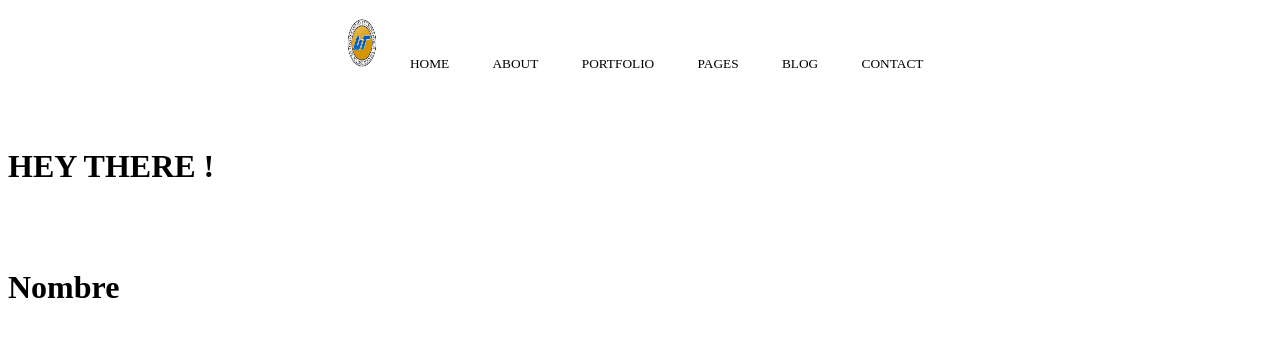
Repository: Armandoyerek11/proyectou1
Page: index.html
The author's editor kept a copy of each file at every save. The page is drawn from the files as they stood at one save, then again after the next save.
The browser window is 1280 px wide. The pictures show the whole page.

Above is the page before, as saved 2022-05-30 13:30:50.

After the next save:
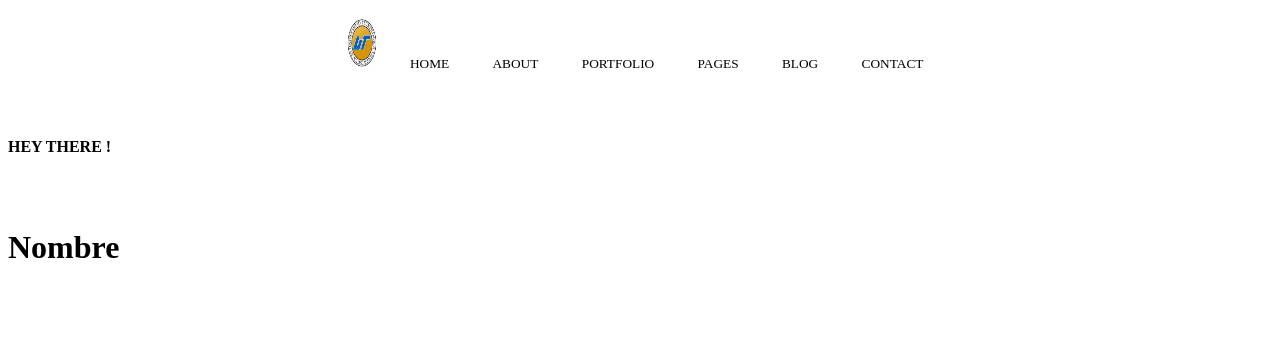
Saved 40 s later.
--- a/style.css
+++ b/style.css
@@ -18,6 +18,13 @@
     font-size: smaller;
 }
 
+h1 {
+    color: black;
+    font-size: 1em;
+    top: 50%;
+    left: 80%;
+}
+
 h2 {
     color: black;
     font-size: 2em;
